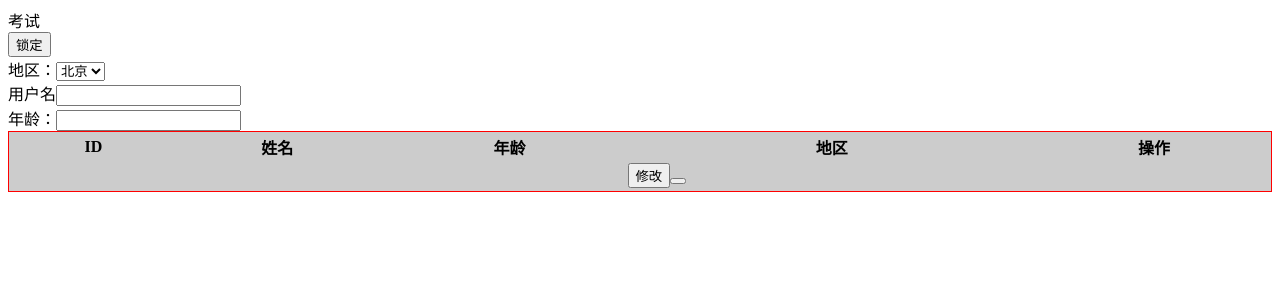
Repository: Sjl-2114/2006z
Page: / (app in A卷/vue-kaoshi/)
The author's editor kept a copy of each file at every save. The page is drawn from the files as they stood at one save, then again after the next save.
The browser window is 1280 px wide. The pictures show the whole page.
The project was rebuilt for these pictures with package versions that can differ from the ones it lists, and the page was loaded fresh each time.

Above is the page before, as saved 2021-04-28 15:58:58.

### A卷/vue-kaoshi/src/App.vue
<template>
  <div>
    考试
    <br>
    <button>{{das}}</button>
    <br>
    <span>地区：</span>
    <select >
      <option :value="item.name" v-for="(item, index) in list" :key="index">
          {{item.name}}
      </option>
    </select>
    <br>
    <span>用户名</span>
    <input type="text" v-model="username">
    <br>
    <span>年龄：</span>
    <input type="number" v-model="age">
    <br>
    <table style="width:100%" class="table">
        <thead>
          <tr>
            <th></th>
            <th>ID</th>
            <th>姓名</th>
            <th>年龄</th>
            <th>地区</th>
            <th>操作</th>

          </tr>
        </thead>
        <tbody>
          <tr>
            <td></td>
            <td></td>
            <td></td>
            <td></td>
            <td>
              <button>修改</button>
              <button></button>
            </td>
          </tr>
        </tbody>

    </table>
  </div>
</template>
<script>
  import data from '../public/data.json'
export default {
  data() {
    return {
      das:'锁定',
      list: data.data,
      usename:'',
      age:'',

    }
  },
  methods:{

  },

}
</script>
<style>
  .table{
    background: #ccc;
    border: 1px solid red;
  }
</style>

### A卷/vue-kaoshi/public/data.json
{
  "data": [
    {
      "id": 1,
      "name": "北京"
    },
    {
      "id": 2,
      "name": "上海"
    },
    {
      "id": 3,
      "name": "广州"
    },
    {
      "id": 4,
      "name": "成都"
    }
  ]
}

Loaded but not shown: A卷/vue-kaoshi/public/index.html (common file); A卷/vue-kaoshi/src/main.js (common file)

After the next save:
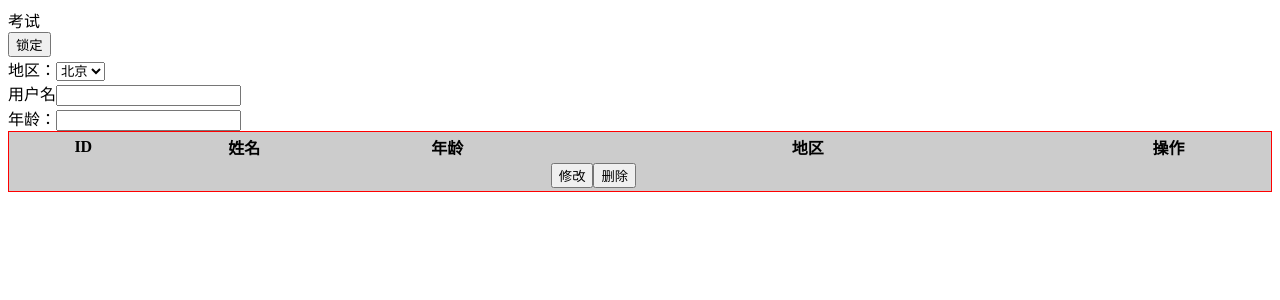
Saved 7 s later.
--- a/A卷/vue-kaoshi/src/App.vue
+++ b/A卷/vue-kaoshi/src/App.vue
@@ -37,7 +37,7 @@
             <td></td>
             <td>
               <button>修改</button>
-              <button></button>
+              <button>删除</button>
             </td>
           </tr>
         </tbody>
